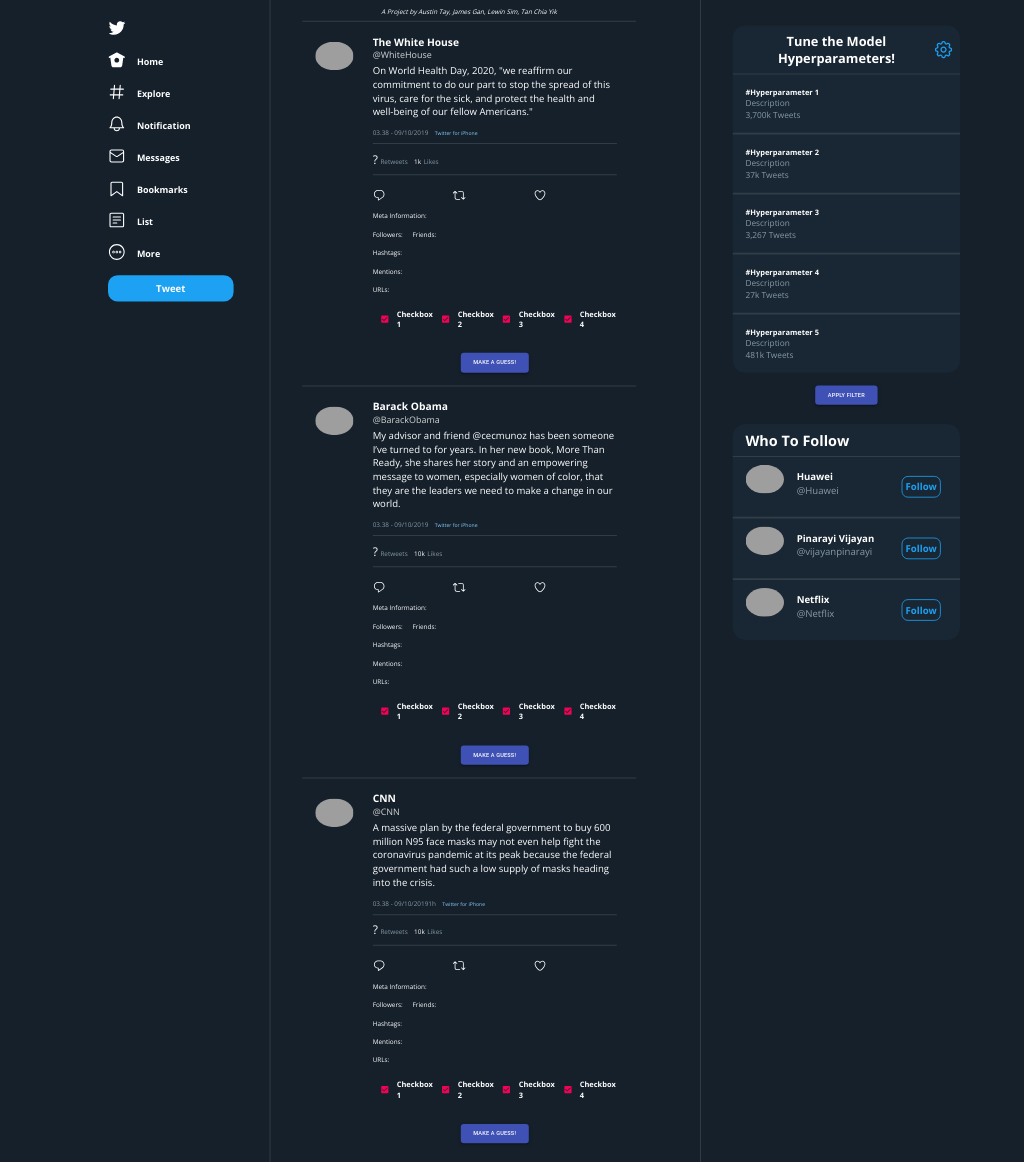
Repository: Dustyik/TwitterAIproj
Page: / (app in FrontEnd/)
An editor plug-in stored every save of this project. The page is shown before and after a run of saves, followed by the edit.
The browser window is 1280 px wide. The pictures show the whole page, at 80% of full size.
Pictures or frames that could not be fetched are drawn as grey boxes. The page's requests for data from a server got no answer. The project was rebuilt for these pictures with package versions that can differ from the ones it lists, and the page was loaded fresh each time. No one was signed in, and anything a server would have sent is missing. Also part of the build but not shown: FrontEnd/src/components/StatusCard.js, FrontEnd/src/pages/Status.js, FrontEnd/src/components/profile/ProfileHead.js, FrontEnd/src/components/profile/ProfileDetails.js, FrontEnd/src/styles/Profile.css, FrontEnd/src/pages/Profile.js.

Above is the page before, as saved 2021-08-08 13:18:36.

After the next 2 saves:
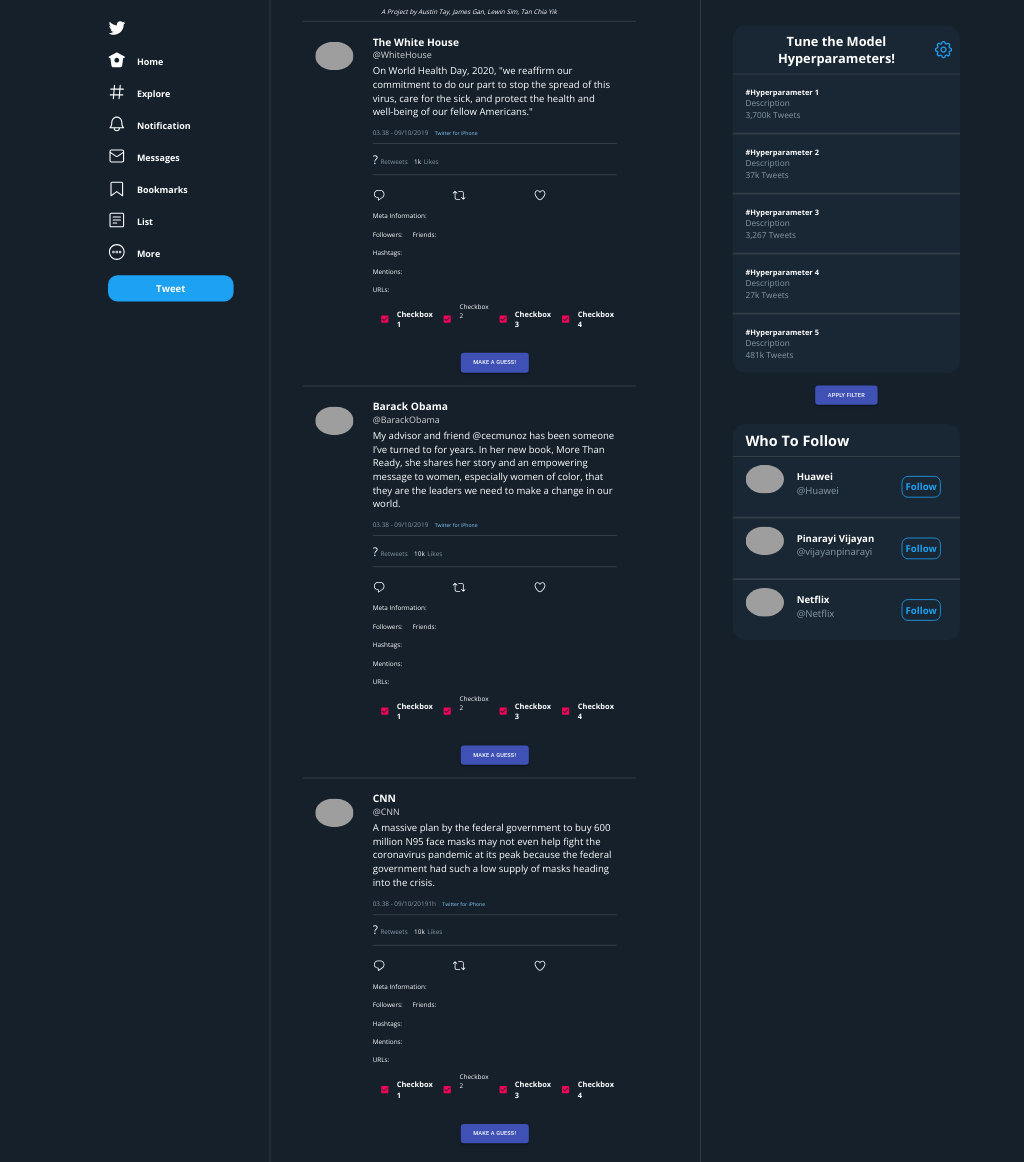
The 2 saves are shown as one change because 1 did not build or start.
The last was saved 45 s later.
--- a/FrontEnd/src/components/TweetCard.js
+++ b/FrontEnd/src/components/TweetCard.js
@@ -21,6 +21,10 @@
 
     const tweetCardButtonClicked = () => {
         toggleModal()
+    }
+
+    const createCheckBoxes = () => {
+
     }
 
 
@@ -123,9 +127,9 @@
                         onChange={() => {}}
                         inputProps={{ 'aria-label': 'primary checkbox' }}
                     />
-                    <h3>
+                    <span>
                         Checkbox 2
-                    </h3>
+                    </span>
                 </div>
 
                 <div className="tweet-checkbox">
